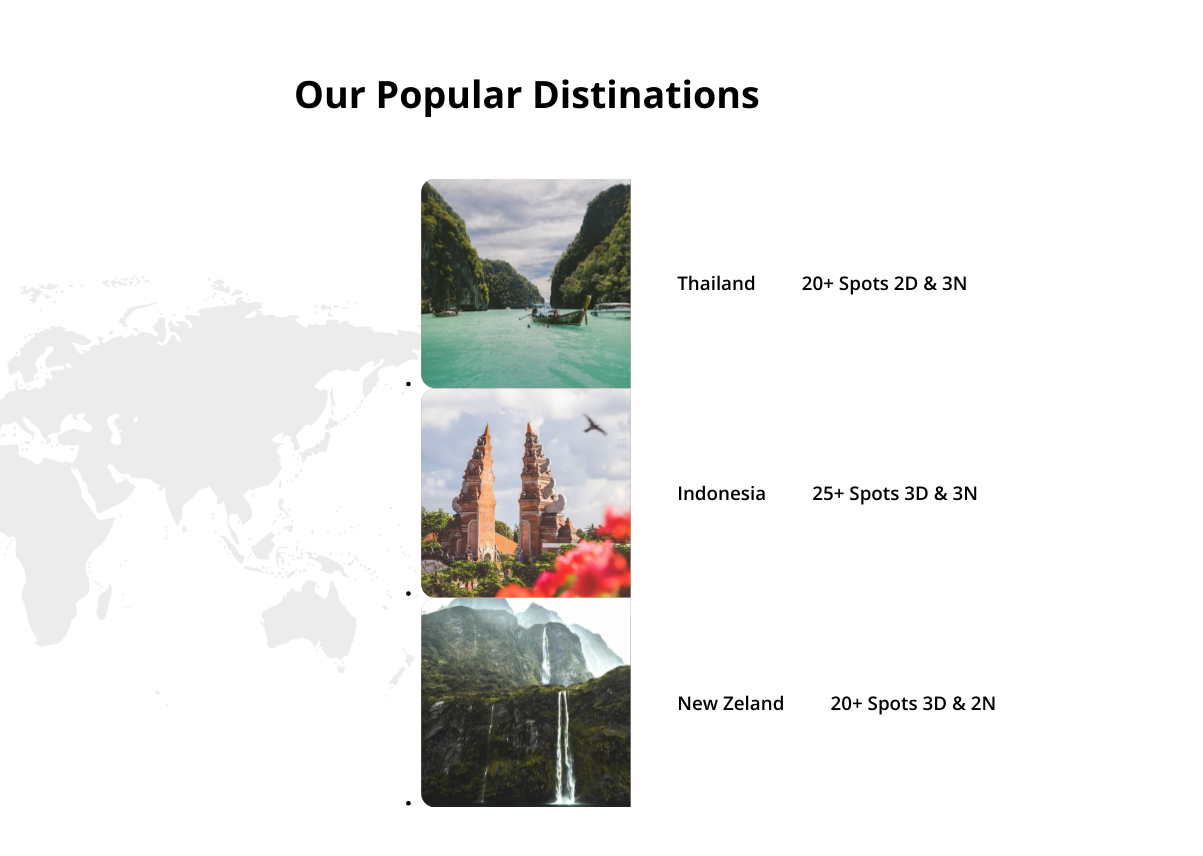
Repository: MehdiKerimov/Figma-Task-16
Page: index.html
An editor plug-in stored every save of this project. The page is shown before and after the next save, followed by the edit.
The browser window is 1280 px wide. The pictures show the whole page, at 94% of full size.

Above is the page before, as saved 2023-10-10 11:09:15.

After the next save:
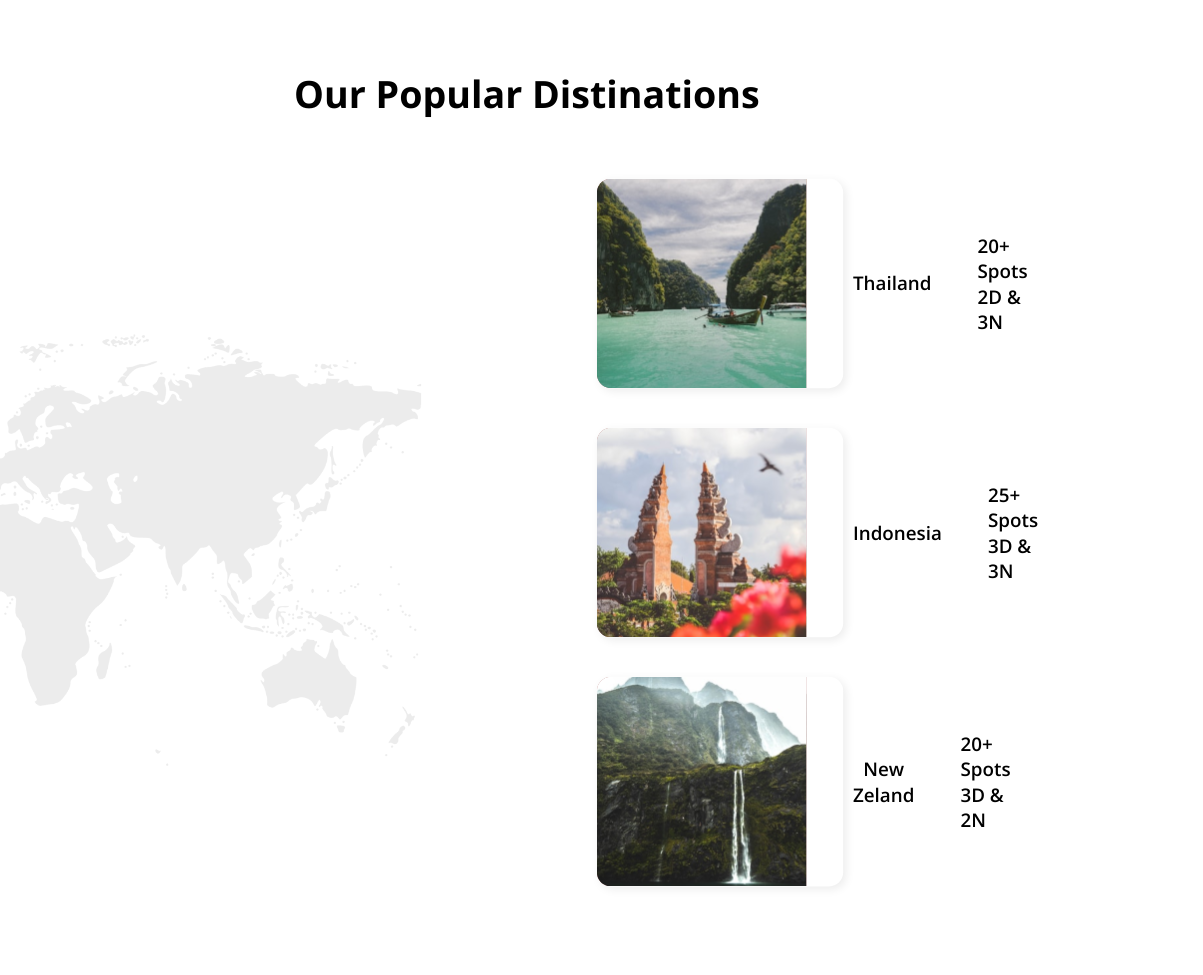
Saved 6 s later.
--- a/index.css
+++ b/index.css
@@ -29,7 +29,9 @@
 .container .box .img-box img{
 width: 100%;
 }
-ul
+ul{
+    width: 40%;
+}
 .container .box ul li {
   margin-bottom: 42px;
   margin-left: 187px;
